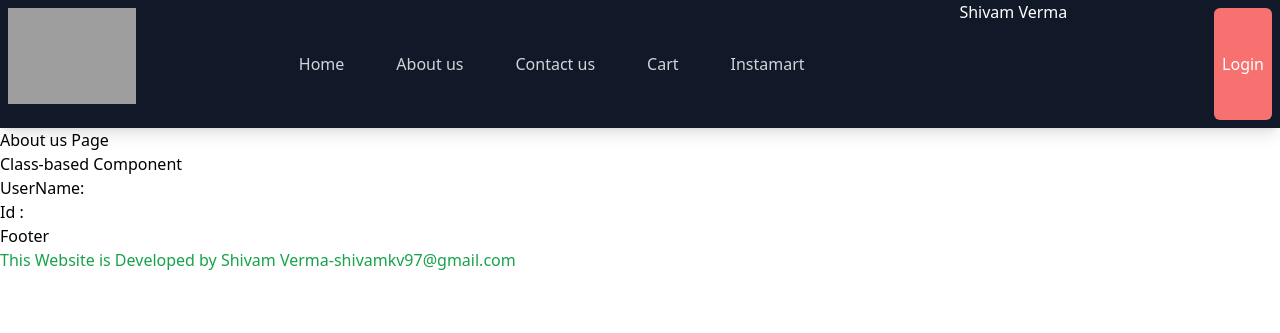
Repository: shivamv97/FOOD-VILLA-APP
Page: /About
These files come from the project's save history. The page is drawn as it stood at one moment and after a run of saves; the edit follows.
The browser window is 1280 px wide. The pictures show the whole page.
Pictures or frames that could not be fetched are drawn as grey boxes. The page's requests for data from a server got no answer. The project was rebuilt for these pictures with package versions that can differ from the ones it lists, and the page was loaded fresh each time. No one was signed in, and anything a server would have sent is missing. Also part of the build but not shown: src/config.js, src/components/RestaurantCards.js, src/components/Shimmer.js, src/utils/shares.js, src/components/Body.js, src/components/Profile.js, src/components/Error.js, src/components/ContactUs.js and 2 more.

Above is the page before, as saved 2024-09-28 23:22:06.

After the next 2 saves:
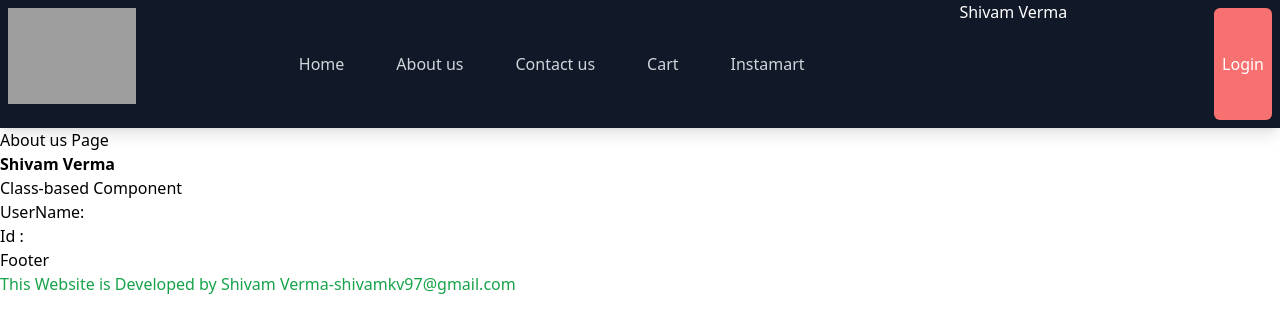
The 2 saves are shown as one change because 1 did not build or start.
The last was saved 78 s later.
--- a/src/components/About.js
+++ b/src/components/About.js
@@ -20,10 +20,10 @@
       <div>
         <h1>About us Page</h1>
         <UserContext.Consumer>
-          {({ user }) => {
-            <h2 className="font-bold text-black">{user.name}</h2>;
-            <h1 className="font-bold text-black">{user.email}</h1>;
-          }}
+          {
+            ({ user }) => <h2 className="font-bold text-black">{user.name}</h2>
+            // <h1 className="font-bold text-black">{user.email}</h1>;
+          }
         </UserContext.Consumer>
         {<Outlet />}
         {/* {OR} */}

After the 3 saves that followed:
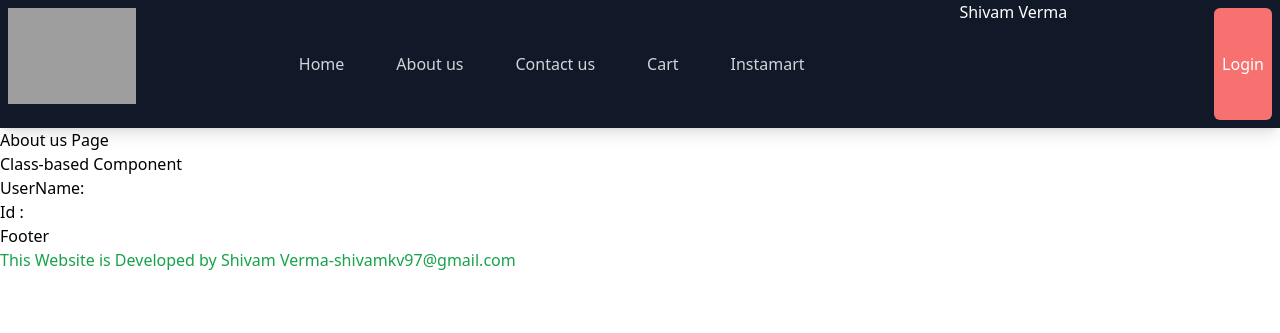
The 3 saves are shown as one change because 2 did not build or start.
The last was saved 3 min 3 s later.
--- a/src/components/About.js
+++ b/src/components/About.js
@@ -20,10 +20,11 @@
       <div>
         <h1>About us Page</h1>
         <UserContext.Consumer>
-          {
-            ({ user }) => <h2 className="font-bold text-black">{user.name}</h2>
-            // <h1 className="font-bold text-black">{user.email}</h1>;
-          }
+          {({ user }) => {
+            <h2 className="font-bold text-black">
+              {user.name} - {user.email}
+            </h2>;
+          }}
         </UserContext.Consumer>
         {<Outlet />}
         {/* {OR} */}
